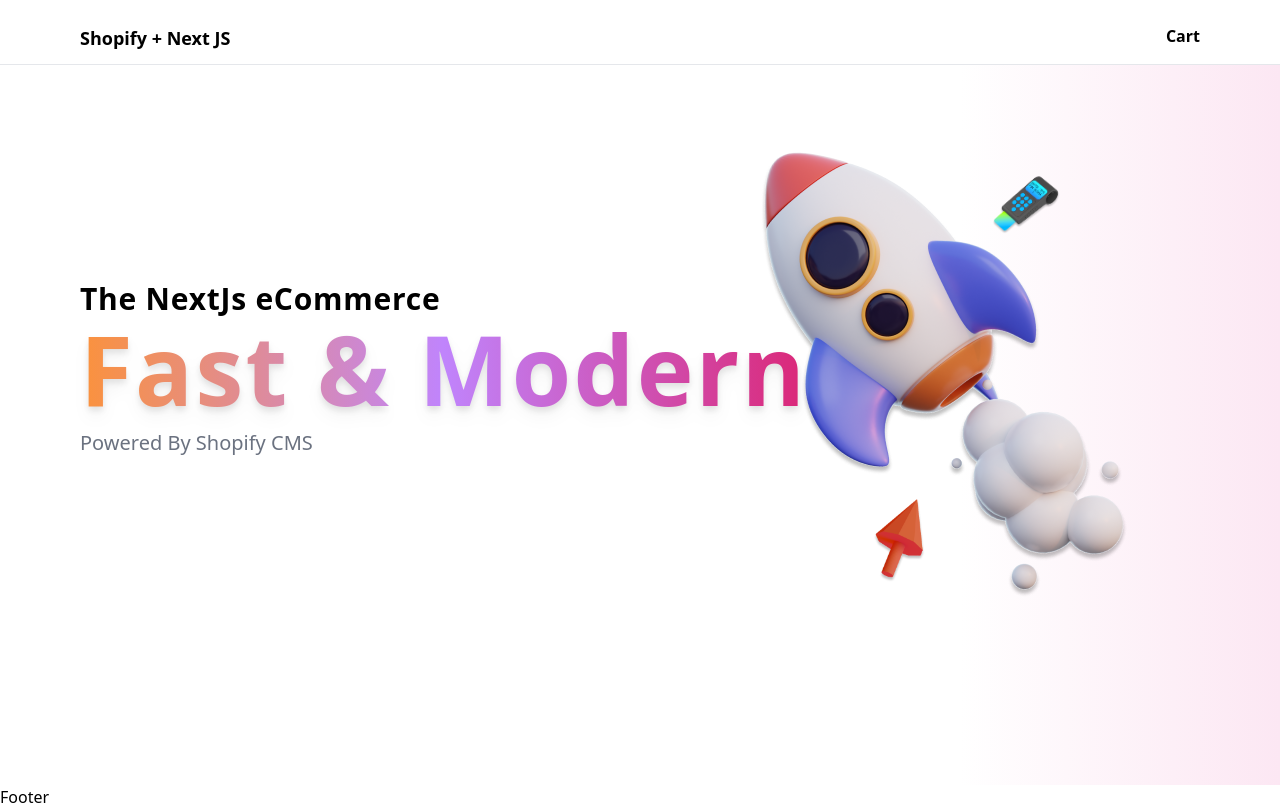
Repository: Krishna-bansall/store
Page: /
The author's editor kept a copy of each file at every save. The page is drawn from the files as they stood at one save, then again after the next save.
The browser window is 1280 px wide. The pictures show the whole page.
The project was rebuilt for these pictures with package versions that can differ from the ones it lists, and the page was loaded fresh each time. The framework's server and built-in components were replaced by stand-ins that run in the browser. Also part of the build but not shown: next.config.js, utils/helpers.js, components/ProductCard.js, components/ProductList.js.

Above is the page before, as saved 2022-04-10 18:18:53.

After the next save:
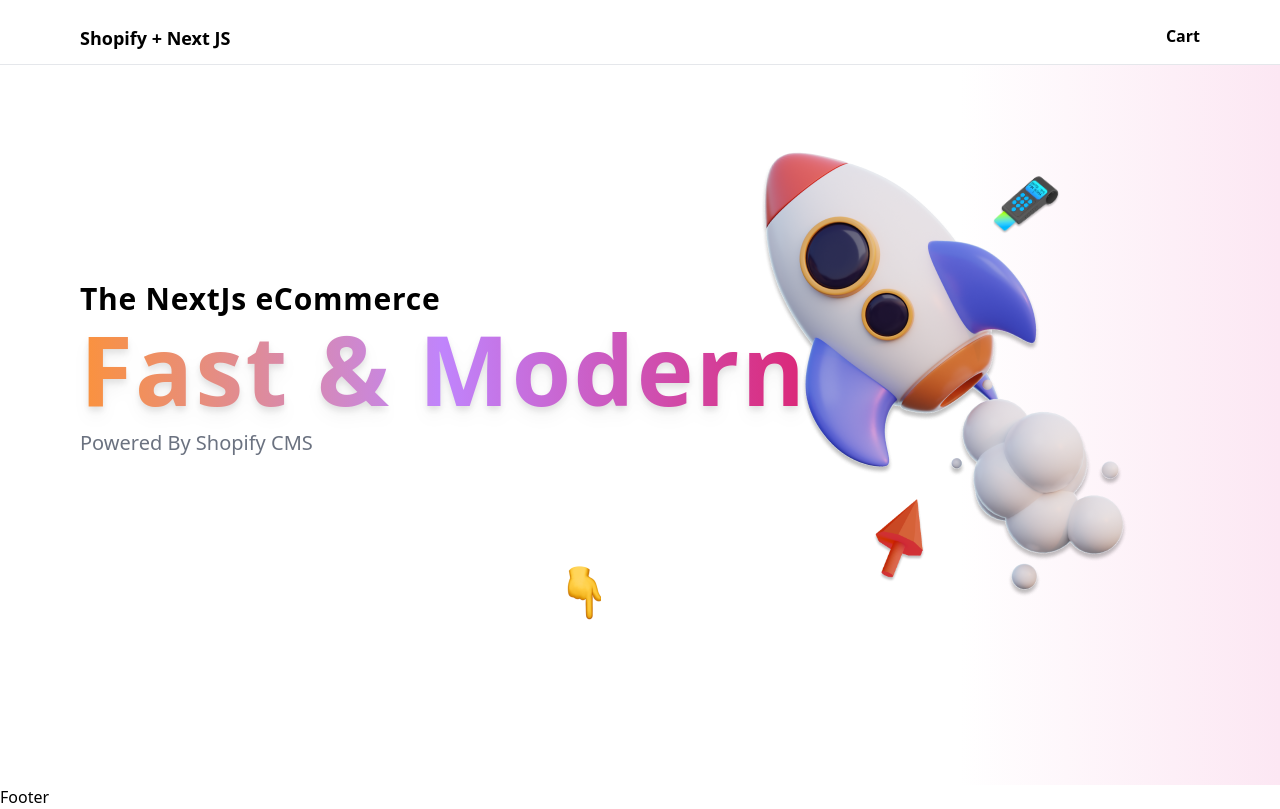
Saved 18 s later.
--- a/components/HeroSection.js
+++ b/components/HeroSection.js
@@ -61,19 +61,18 @@
           </div>
         </div>
         <div className="col-start-2 row-start-3 flex items-center justify-center md:col-start-1">
-          <div className="w-10 cursor-pointer md:ml-28 lg:ml-64">
+          <motion.div
+            whileHover={{
+              scale: 1.2,
+              transition: { duration: 1 },
+            }}
+            whileTap={{ scale: 0.9 }}
+            className="w-10 cursor-pointer md:ml-28 lg:ml-64"
+          >
             <Link href={'products'}>
-              <motion.Image
-                whileHover={{
-                  scale: 1.2,
-                  transition: { duration: 1 },
-                }}
-                whileTap={{ scale: 0.9 }}
-                src={down}
-                alt="down"
-              />
+              <Image src={down} alt="down" />
             </Link>
-          </div>
+          </motion.div>
         </div>
       </div>
 
